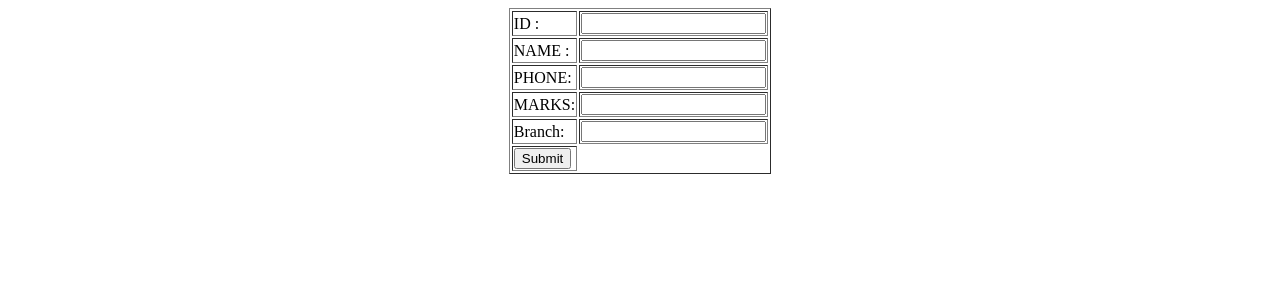
Repository: MayuriShinde124/Mayuri_20136571
Page: Question2StudentRegistrationPage/src/main/webapp/Registration.html
The author's editor kept a copy of each file at every save. The page is drawn from the files as they stood at one save, then again after the next save.
The browser window is 1280 px wide. The pictures show the whole page.

Above is the page before, as saved 2023-07-11 07:35:06.

### Question2StudentRegistrationPage/src/main/webapp/Registration.html
<!DOCTYPE html>
<html>
<head>
<meta charset="ISO-8859-1">
<title>Insert title here</title>

</head>
<body>

<form action="Register">
<table border="1" style="margin-left: auto;
  margin-right: auto;">
<tr>
<td>
ID :
</td><td><input type="text" name="sid"></td>
<tr>
<td>
NAME :</td><td><input type="text" name="sname"></td>
<tr>
<td>
PHONE:</td><td><input type="text" name="sphone"></td></tr>
<tr><td>
MARKS:
</td><td><input type="text" name="smarks"></td></tr>
<tr><td>
Branch:</td><td><input type="text" name="sbranch"></td></tr>
<tr><td>
<input type="submit" name="click">
</td>
</tr>
</table>
</form>


</body>
</html>

After the next save:
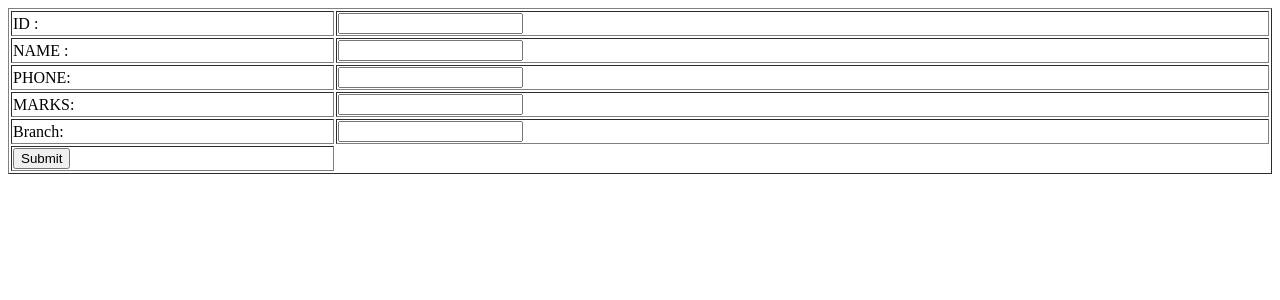
Saved 68 s later.
--- a/Question2StudentRegistrationPage/src/main/webapp/Registration.html
+++ b/Question2StudentRegistrationPage/src/main/webapp/Registration.html
@@ -9,7 +9,7 @@
 
 <form action="Register">
 <table border="1" style="margin-left: auto;
-  margin-right: auto;">
+  margin-right: auto;width:100%">
 <tr>
 <td>
 ID :
